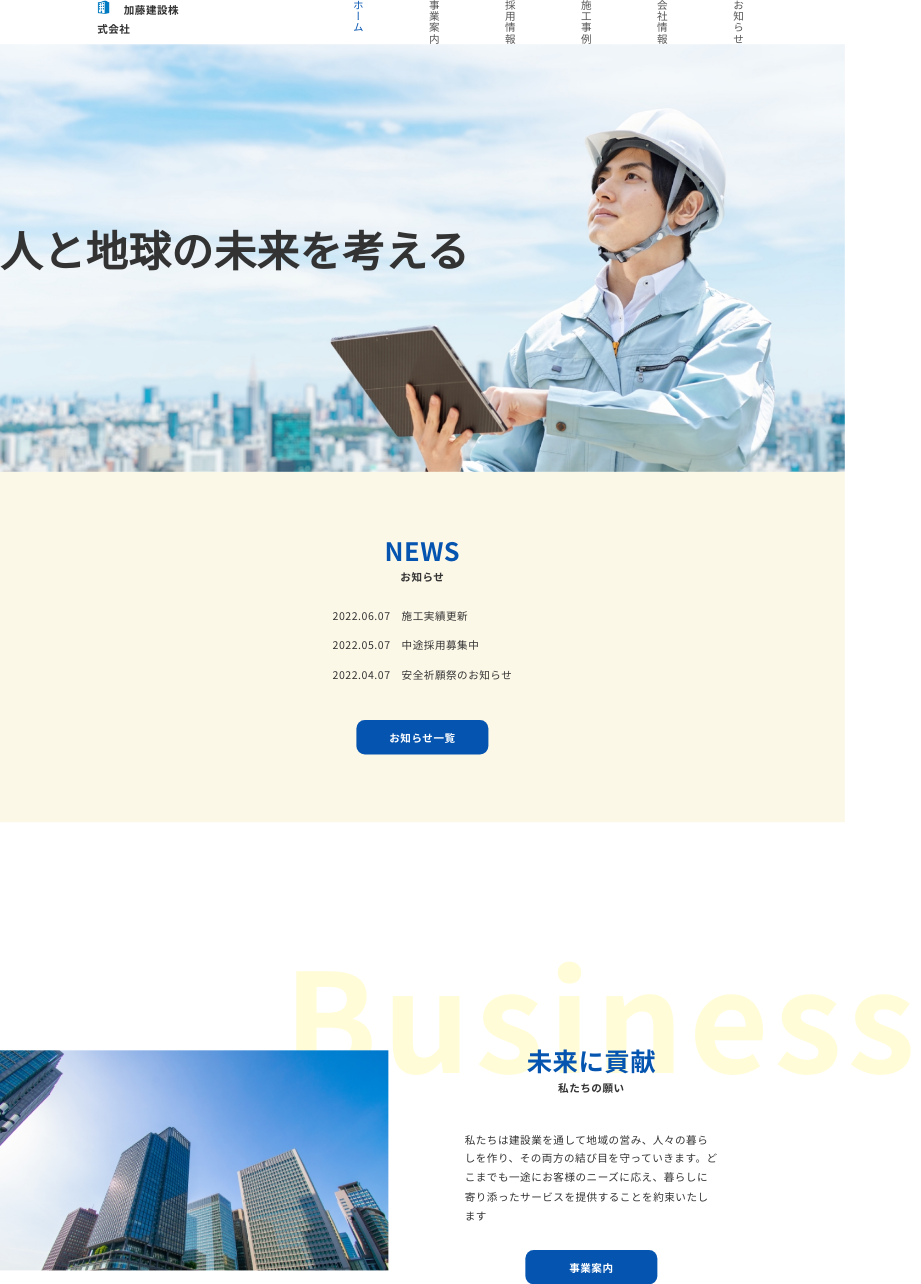
Repository: nozomi-23/hp1_test
Page: index.html
These files come from the project's save history. The page is drawn as it stood at one moment and after a run of saves; the edit follows.
The browser window is 1280 px wide. The page is 1395 px wide, so the pictures cover 1395 px, including what lies to the right of the window. The pictures show the whole page, at 66% of full size.

Above is the page before, as saved 2022-06-12 15:16:05.

After the next 2 saves:
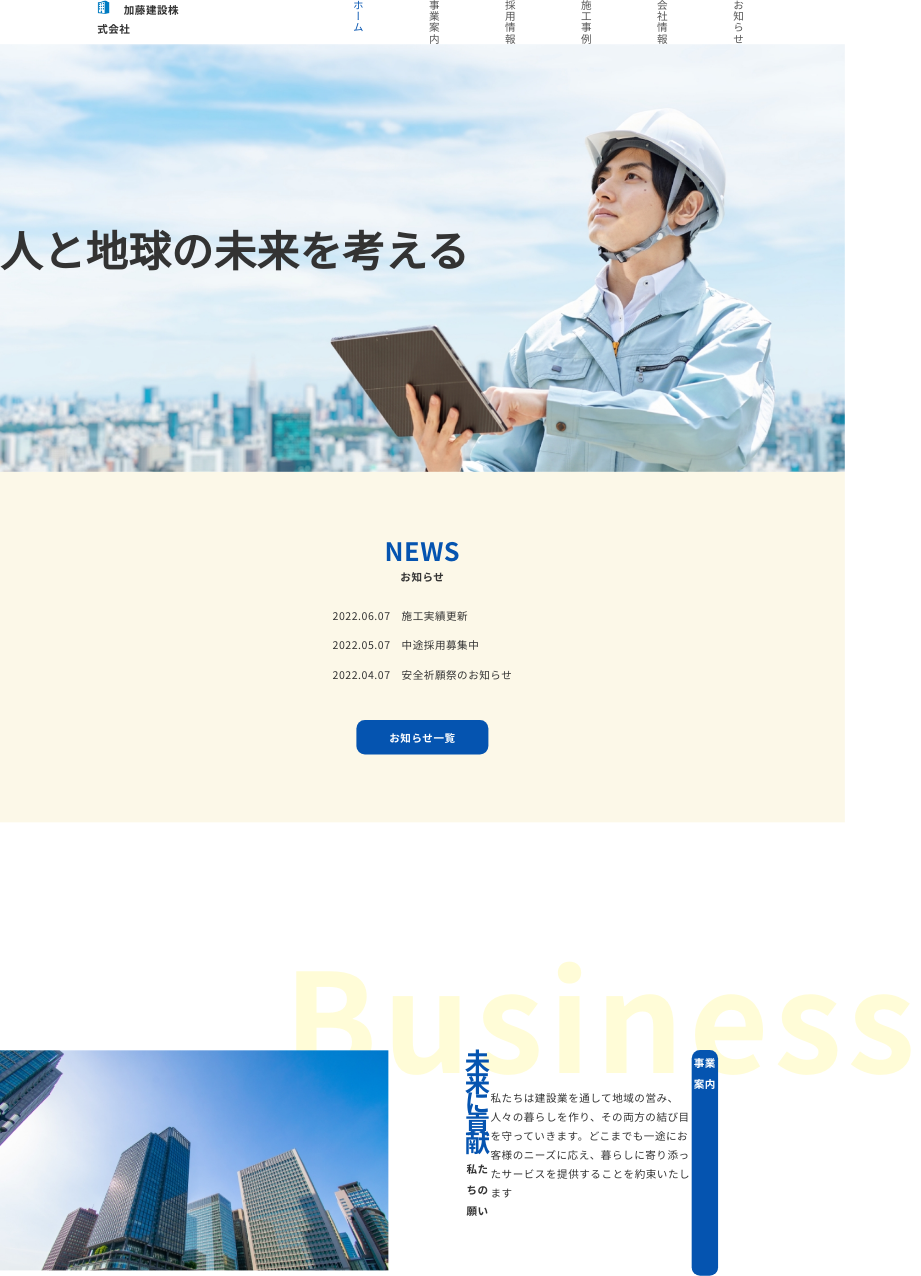
The 2 saves are shown as one change because they came seconds apart.
The last was saved 6 s later.
--- a/css/index.css
+++ b/css/index.css
@@ -102,7 +102,8 @@
 .business_block_2 {
   width: 30%;
   margin-right: 15%;
-
+  display: flex;
+  justify-content: ;
 }
 
 .business_block_2 p {

After the 5 saves that followed:
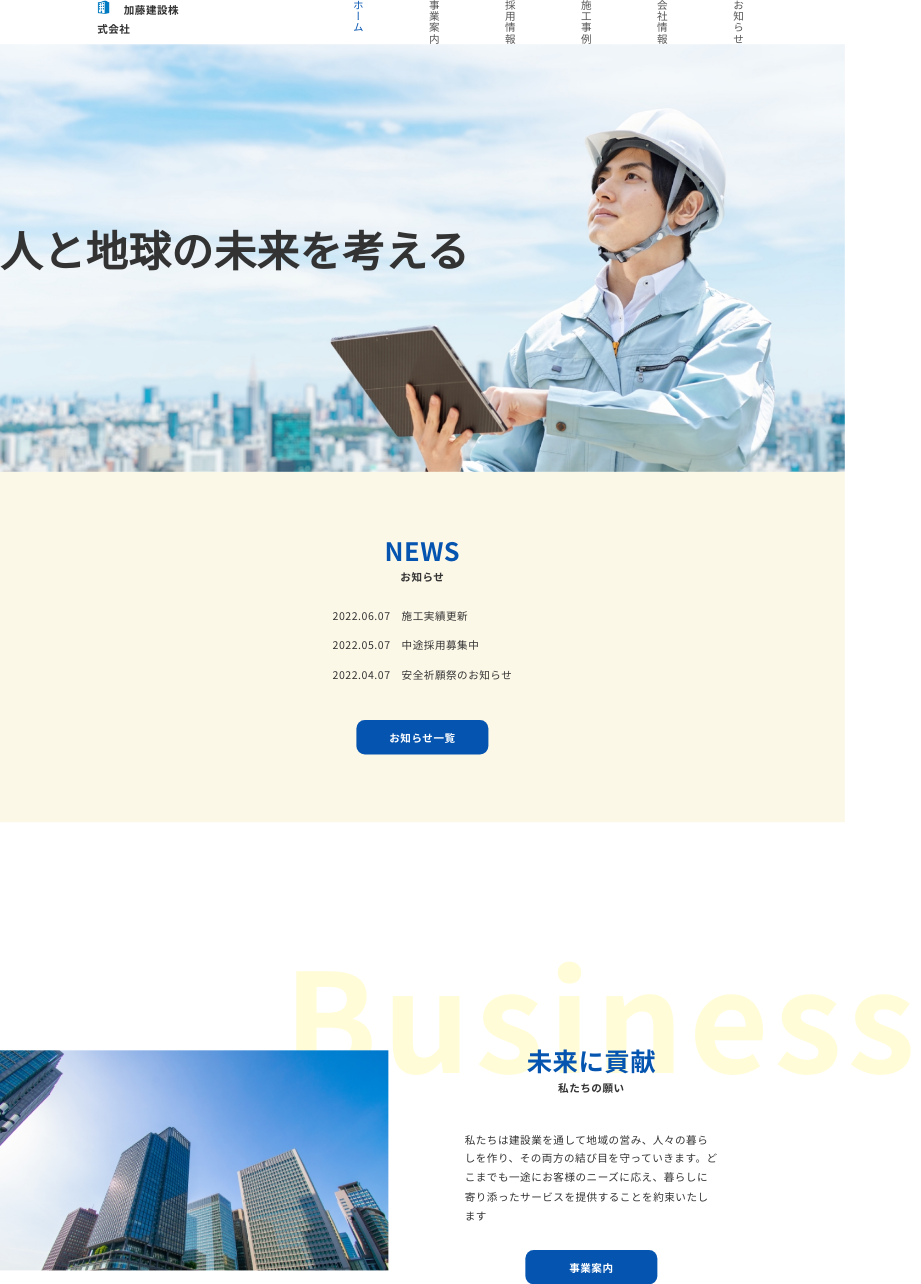
The 5 saves are shown as one change because they came seconds apart.
The last was saved 13 s later.
--- a/css/index.css
+++ b/css/index.css
@@ -103,7 +103,7 @@
   width: 30%;
   margin-right: 15%;
   display: flex;
-  justify-content: ;
+  flex-direction: column;
 }
 
 .business_block_2 p {
